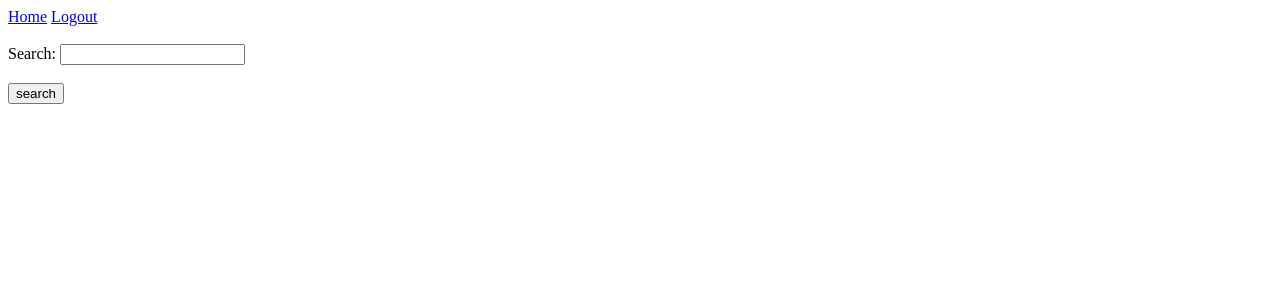
Repository: pawankumarsharm/UST_JDBC_SERVLET
Page: jdbc/empwebapp/WebContent/search.html
These files come from the project's save history. The page is drawn as it stood at one moment and after the next save; the edit follows.
The browser window is 1280 px wide. The pictures show the whole page.

Above is the page before, as saved 2019-11-15 08:50:05.

### jdbc/empwebapp/WebContent/search.html
<!DOCTYPE html>
<html>
<head>
<meta charset="ISO-8859-1">
<title>Insert title here</title>
</head>
<body>
<form action="">
  <a href="#">Home</a>
<a href="#">Logout</a><br><br>
		Search: <input name="id" type="text"><br><br>
		<input type="submit" value ="search"><br>

	</form>

</body>
</html>

After the next save:
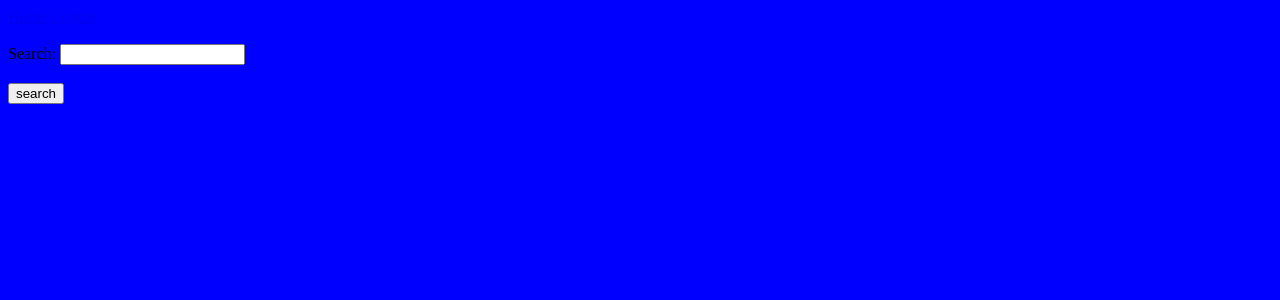
Saved 19 s later.
--- a/jdbc/empwebapp/WebContent/search.html
+++ b/jdbc/empwebapp/WebContent/search.html
@@ -4,7 +4,7 @@
 <meta charset="ISO-8859-1">
 <title>Insert title here</title>
 </head>
-<body>
+<body bgcolor="blue">
 <form action="">
   <a href="#">Home</a>
 <a href="#">Logout</a><br><br>
